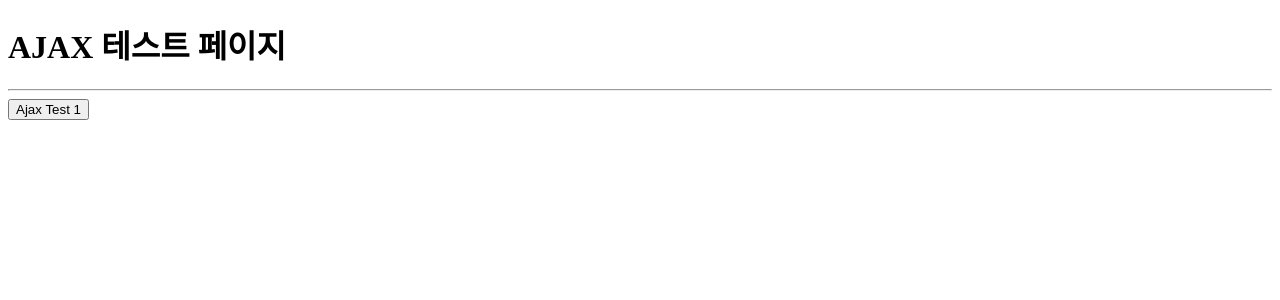
Repository: wona-owo/Spring
Page: http://localhost/00_spring/ajax/movePage.kh
These files come from the project's save history. The page is drawn as it stood at one moment and after the next save; the edit follows.
The browser window is 1280 px wide. The pictures show the whole page.
The page is served by Tomcat 9.

Above is the page before, as saved 2024-12-03 06:34:41.

After the next save:
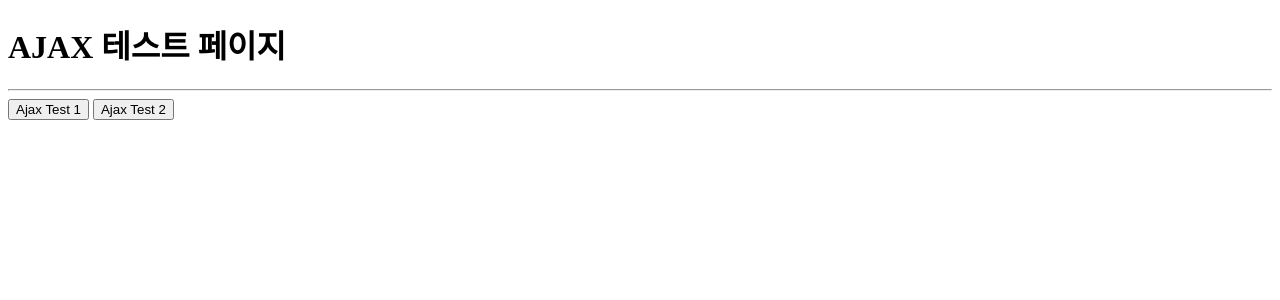
Console error: SyntaxError: Unexpected token '{'
Saved 8 min 0 s later.
--- a/00_spring/src/main/webapp/WEB-INF/views/ajax/ajaxTest.jsp
+++ b/00_spring/src/main/webapp/WEB-INF/views/ajax/ajaxTest.jsp
@@ -14,11 +14,20 @@
 	<hr>
 
 	<button id="ajaxTest1">Ajax Test 1</button>
+	<button id="ajaxTest2">Ajax Test 2</button>
 
 	<script>
 	$("#ajaxTest1").on('click', function(){
 		$.ajax({
-			url : '/ajax'
+			url : '/ajax/ajaxTest1.kh',
+			data {str : '스프링', num : '10'},
+			type : 'get',
+			success : function(res){
+				console.log(res);
+			}
+			,error : function(){
+				console.log('ajax 통신 오류 !');
+			}
 		})
 	});
 	</script>
